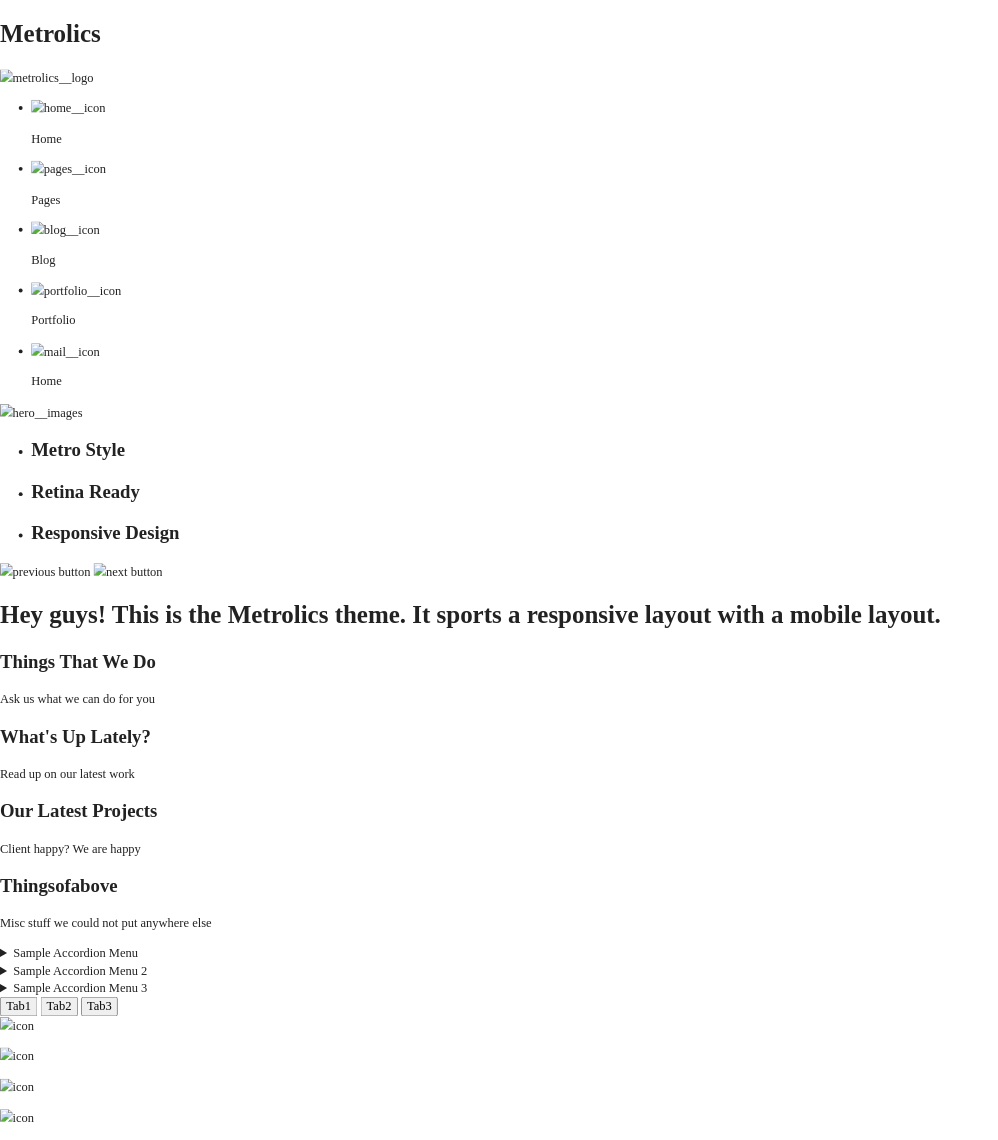
Repository: eilidhma/metrolics
Page: index.html
The author's editor kept a copy of each file at every save. The page is drawn from the files as they stood at one save, then again after the next save.
The browser window is 1280 px wide. The pictures show the whole page, at 78% of full size.

Above is the page before, as saved 2021-01-26 23:43:16.

### index.html
<!doctype html>
<html class="no-js" lang="">

<head>
  <meta charset="utf-8">
  <title>Metrolics</title>
  <meta name="description" content="">
  <meta name="viewport" content="width=device-width, initial-scale=1">

  <meta property="og:title" content="">
  <meta property="og:type" content="">
  <meta property="og:url" content="">
  <meta property="og:image" content="">

  <link rel="manifest" href="site.webmanifest">
  <link rel="apple-touch-icon" href="icon.png">
  <!-- Place favicon.ico in the root directory -->

  <link rel="stylesheet" href="css/normalize.css">
  <link rel="stylesheet" href="css/main.css">

  <meta name="theme-color" content="#fafafa">
</head>


<!-- Add your site or application content here -->
<body class="page__home">
  <header class="page__header">
    <div class="page__title">
      <h1 class="large__headings">Metrolics</h1>
      <img src="" alt="metrolics__logo" class="header__icon">
    </div>
    <nav class="page__navigation">
      <ul class="navigation__section">
        <li class="navigation_items">
          <img src="" alt="home__icon" class="nav__icons">
          <p class="nav__titles">Home</p>
        </li>
        <li class="navigation_items">
          <img src="" alt="pages__icon" class="nav__icons">
          <p class="nav__titles">Pages</p>
        </li>
        <li class="navigation_items">
          <img src="" alt="blog__icon" class="nav__icons">
          <p class="nav__titles">Blog</p>
        </li>
        <li class="navigation_items">
          <img src="" alt="portfolio__icon" class="nav__icons">
          <p class="nav__titles">Portfolio</p>
        </li>
        <li class="navigation_items">
          <img src="" alt="mail__icon" class="nav__icons">
          <p class="nav__titles">Home</p>
        </li>
      </ul>
    </nav>
  </header>

  <section class="hero__section">
    <img src="" alt="hero__images">
    <ul class="hero__headings">
      <li>
        <div class="hero__headings__colour1"></div>
        <h2 class="medium__headings">Metro Style</h2>
      </li>
      <li>
        <div class="hero__headings__colour2"></div>
        <h2 class="medium__headings">Retina Ready</h2>
      </li>
      <li>
        <div class="hero__headings__colour3"></div>
        <h2 class="medium__headings">Responsive Design</h2>
      </li>
    </ul>
    <a class="prev" onclick="">
      <img src="" alt="previous button" class="prev__icon">
    </a>
    <a class="next" onclick="">
      <img src="" alt="next button" class="next__icon">
    </a>
  </section>

  <main class="page__main">
    <h1 class="large__headings">Hey guys! This is the Metrolics theme. It sports a responsive layout with a mobile layout.</h1>
    <h2 class="medium__headings">Things That We Do</h2>
    <p class="main__text">Ask us what we can do for you</p>

    <section>
      <div></div>
      <div></div>
      <div></div>
      <div></div>
    </section>

    <h2 class="medium__headings">What's Up Lately?</h2>
    <p class="main__text">Read up on our latest work</p>

    <section>
      <div></div>
      <div></div>
      <div></div>
    </section>

    <!-- SLIDER??? -->

    <h2 class="medium__headings">Our Latest Projects</h2>
    <p class="main__text">Client happy? We are happy</p>

    <section>
      <div></div>
      <div></div>
      <div></div>
      <div></div>
      <div></div>
      <div></div>
    </section>

    <h2 class="medium__headings">Thingsofabove</h2>
    <p class="main__text">Misc stuff we could not put anywhere else</p>

    <section>
      <div>
        <details>
          <summary>Sample Accordion Menu</summary>
          <img src="" alt="">
          <h4></h4>
          <p></p>
        </details>
        <details>
          <summary>Sample Accordion Menu 2</summary>
          <img src="" alt="">
          <h4></h4>
          <p></p>
        </details>
        <details>
          <summary>Sample Accordion Menu 3</summary>
          <img src="" alt="">
          <h4></h4>
          <p></p>
        </details>
      </div>
      <div>
        <div class="tab">
          <button class="tab__buttons" onclick="">Tab1</button>
          <button class="tab__buttons" onclick="">Tab2</button>
          <button class="tab__buttons" onclick="">Tab3</button>
        </div>
        <div class="tab__content">
          <div>
            <img src="" alt="icon" class="tab__content__icon">
            <p></p>
          </div>
          <div>
            <img src="" alt="icon" class="tab__content__icon">
            <p></p>
          </div>
          <div>
            <img src="" alt="icon" class="tab__content__icon">
            <p></p>
          </div>
          <div>
            <img src="" alt="icon" class="tab__content__icon">
            <p></p>
          </div>
        </div>
      </div>
    </section>
  </main>





  <script src="js/vendor/modernizr-3.11.2.min.js"></script>
  <script src="js/plugins.js"></script>
  <script src="js/main.js"></script>

  <!-- Google Analytics: change UA-XXXXX-Y to be your site's ID. -->
  <script>
    window.ga = function () { ga.q.push(arguments) }; ga.q = []; ga.l = +new Date;
    ga('create', 'UA-XXXXX-Y', 'auto'); ga('set', 'anonymizeIp', true); ga('set', 'transport', 'beacon'); ga('send', 'pageview')
  </script>
  <script src="https://www.google-analytics.com/analytics.js" async></script>
</body>

</html>

### css/main.css
/*! HTML5 Boilerplate v8.0.0 | MIT License | https://html5boilerplate.com/ */

/* main.css 2.1.0 | MIT License | https://github.com/h5bp/main.css#readme */
/*
 * What follows is the result of much research on cross-browser styling.
 * Credit left inline and big thanks to Nicolas Gallagher, Jonathan Neal,
 * Kroc Camen, and the H5BP dev community and team.
 */

/* ==========================================================================
   Base styles: opinionated defaults
   ========================================================================== */

html {
  color: #222;
  font-size: 1em;
  line-height: 1.4;
}

/*
 * Remove text-shadow in selection highlight:
 * https://twitter.com/miketaylr/status/12228805301
 *
 * Vendor-prefixed and regular ::selection selectors cannot be combined:
 * https://stackoverflow.com/a/16982510/7133471
 *
 * Customize the background color to match your design.
 */

::-moz-selection {
  background: #b3d4fc;
  text-shadow: none;
}

::selection {
  background: #b3d4fc;
  text-shadow: none;
}

/*
 * A better looking default horizontal rule
 */

hr {
  display: block;
  height: 1px;
  border: 0;
  border-top: 1px solid #ccc;
  margin: 1em 0;
  padding: 0;
}

/*
 * Remove the gap between audio, canvas, iframes,
 * images, videos and the bottom of their containers:
 * https://github.com/h5bp/html5-boilerplate/issues/440
 */

audio,
canvas,
iframe,
img,
svg,
video {
  vertical-align: middle;
}

/*
 * Remove default fieldset styles.
 */

fieldset {
  border: 0;
  margin: 0;
  padding: 0;
}

/*
 * Allow only vertical resizing of textareas.
 */

textarea {
  resize: vertical;
}

/* ==========================================================================
   Author's custom styles
   ========================================================================== */

/* ==========================================================================
   Helper classes
   ========================================================================== */

/*
 * Hide visually and from screen readers
 */

.hidden,
[hidden] {
  display: none !important;
}

/*
 * Hide only visually, but have it available for screen readers:
 * https://snook.ca/archives/html_and_css/hiding-content-for-accessibility
 *
 * 1. For long content, line feeds are not interpreted as spaces and small width
 *    causes content to wrap 1 word per line:
 *    https://medium.com/@jessebeach/beware-smushed-off-screen-accessible-text-5952a4c2cbfe
 */

.sr-only {
  border: 0;
  clip: rect(0, 0, 0, 0);
  height: 1px;
  margin: -1px;
  overflow: hidden;
  padding: 0;
  position: absolute;
  white-space: nowrap;
  width: 1px;
  /* 1 */
}

/*
 * Extends the .sr-only class to allow the element
 * to be focusable when navigated to via the keyboard:
 * https://www.drupal.org/node/897638
 */

.sr-only.focusable:active,
.sr-only.focusable:focus {
  clip: auto;
  height: auto;
  margin: 0;
  overflow: visible;
  position: static;
  white-space: inherit;
  width: auto;
}

/*
 * Hide visually and from screen readers, but maintain layout
 */

.invisible {
  visibility: hidden;
}

/*
 * Clearfix: contain floats
 *
 * For modern browsers
 * 1. The space content is one way to avoid an Opera bug when the
 *    `contenteditable` attribute is included anywhere else in the document.
 *    Otherwise it causes space to appear at the top and bottom of elements
 *    that receive the `clearfix` class.
 * 2. The use of `table` rather than `block` is only necessary if using
 *    `:before` to contain the top-margins of child elements.
 */

.clearfix::before,
.clearfix::after {
  content: " ";
  display: table;
}

.clearfix::after {
  clear: both;
}

/* ==========================================================================
   EXAMPLE Media Queries for Responsive Design.
   These examples override the primary ('mobile first') styles.
   Modify as content requires.
   ========================================================================== */

@media only screen and (min-width: 35em) {
  /* Style adjustments for viewports that meet the condition */
}

@media print,
  (-webkit-min-device-pixel-ratio: 1.25),
  (min-resolution: 1.25dppx),
  (min-resolution: 120dpi) {
  /* Style adjustments for high resolution devices */
}

/* ==========================================================================
   Print styles.
   Inlined to avoid the additional HTTP request:
   https://www.phpied.com/delay-loading-your-print-css/
   ========================================================================== */

@media print {
  *,
  *::before,
  *::after {
    background: #fff !important;
    color: #000 !important;
    /* Black prints faster */
    box-shadow: none !important;
    text-shadow: none !important;
  }

  a,
  a:visited {
    text-decoration: underline;
  }

  a[href]::after {
    content: " (" attr(href) ")";
  }

  abbr[title]::after {
    content: " (" attr(title) ")";
  }

  /*
   * Don't show links that are fragment identifiers,
   * or use the `javascript:` pseudo protocol
   */
  a[href^="#"]::after,
  a[href^="javascript:"]::after {
    content: "";
  }

  pre {
    white-space: pre-wrap !important;
  }

  pre,
  blockquote {
    border: 1px solid #999;
    page-break-inside: avoid;
  }

  /*
   * Printing Tables:
   * https://web.archive.org/web/20180815150934/http://css-discuss.incutio.com/wiki/Printing_Tables
   */
  thead {
    display: table-header-group;
  }

  tr,
  img {
    page-break-inside: avoid;
  }

  p,
  h2,
  h3 {
    orphans: 3;
    widows: 3;
  }

  h2,
  h3 {
    page-break-after: avoid;
  }
}

### js/plugins.js
// Avoid `console` errors in browsers that lack a console.
(function() {
  var method;
  var noop = function () {};
  var methods = [
    'assert', 'clear', 'count', 'debug', 'dir', 'dirxml', 'error',
    'exception', 'group', 'groupCollapsed', 'groupEnd', 'info', 'log',
    'markTimeline', 'profile', 'profileEnd', 'table', 'time', 'timeEnd',
    'timeline', 'timelineEnd', 'timeStamp', 'trace', 'warn'
  ];
  var length = methods.length;
  var console = (window.console = window.console || {});

  while (length--) {
    method = methods[length];

    // Only stub undefined methods.
    if (!console[method]) {
      console[method] = noop;
    }
  }
}());

// Place any jQuery/helper plugins in here.

Loaded but not shown: css/normalize.css (library); js/vendor/modernizr-3.11.2.min.js (library); js/main.js (no copy from this time; the picture is the same without it)

After the next save:
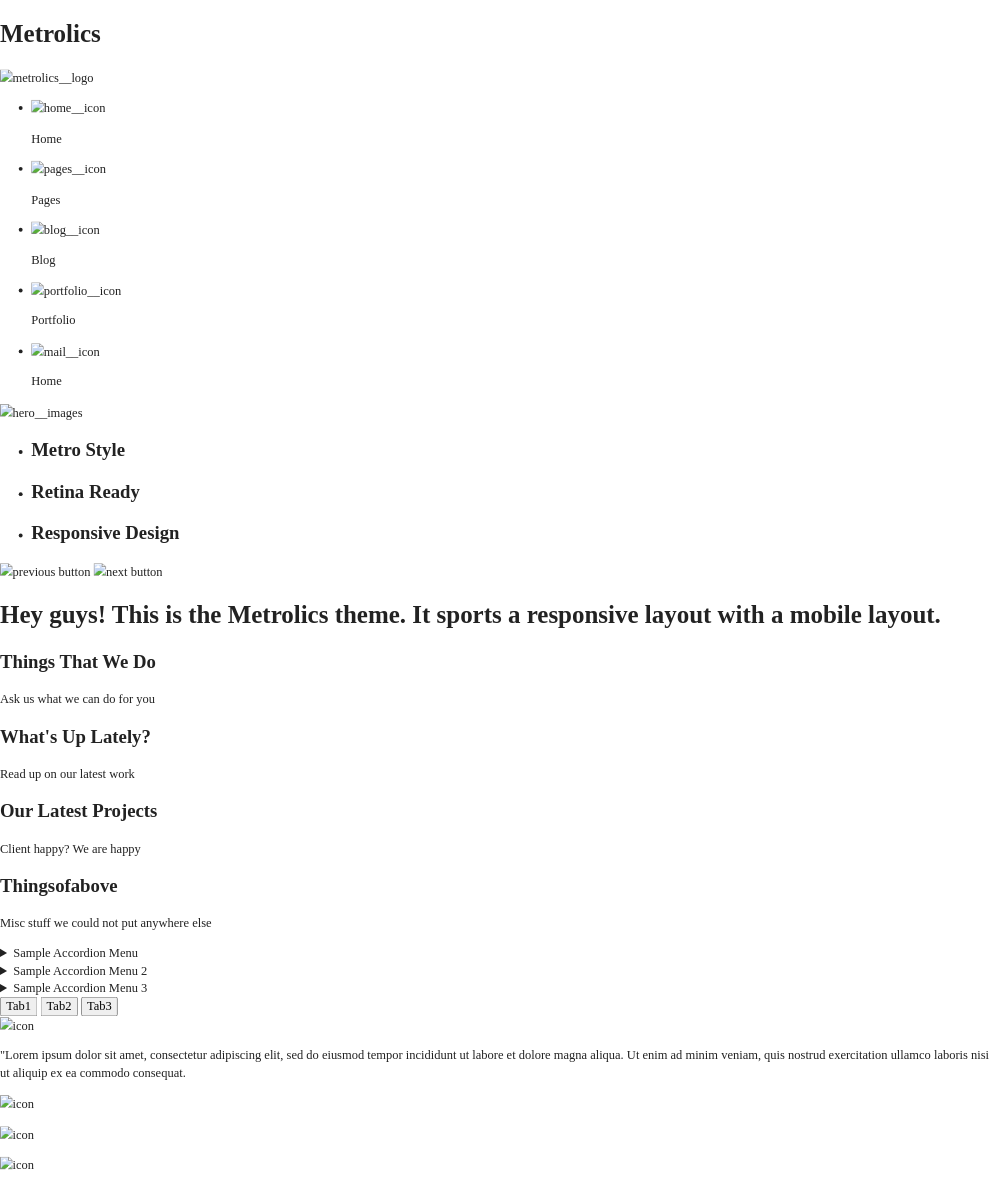
Saved 73 s later.
--- a/index.html
+++ b/index.html
@@ -148,7 +148,7 @@
         <div class="tab__content">
           <div>
             <img src="" alt="icon" class="tab__content__icon">
-            <p></p>
+            <p>"Lorem ipsum dolor sit amet, consectetur adipiscing elit, sed do eiusmod tempor incididunt ut labore et dolore magna aliqua. Ut enim ad minim veniam, quis nostrud exercitation ullamco laboris nisi ut aliquip ex ea commodo consequat. </p>
           </div>
           <div>
             <img src="" alt="icon" class="tab__content__icon">
